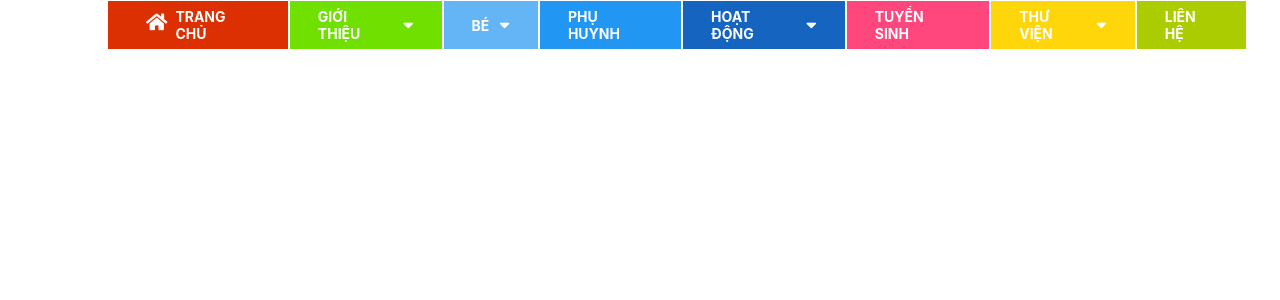
Repository: Luong-tung/mamnonAnhDuong
Page: index3.html
The author's editor kept a copy of each file at every save. The page is drawn from the files as they stood at one save, then again after the next save.
The browser window is 1280 px wide. The pictures show the whole page.
Some web libraries are served in a nearby version.

Above is the page before, as saved 2021-10-08 07:41:48.

### index3.html
<!DOCTYPE html>
<html lang="en">
<head>
    <meta charset="UTF-8">
    <meta http-equiv="X-UA-Compatible" content="IE=edge">
    <meta name="viewport" content="width=device-width, initial-scale=1.0">
    <title>Mầm non Ánh Dương_Trạm trôi</title>
    <link rel="stylesheet" href="iu3.css">
    <link rel="stylesheet" href="https://pro.fontawesome.com/releases/v5.10.0/css/all.css" integrity="sha384-AYmEC3Yw5cVb3ZcuHtOA93w35dYTsvhLPVnYs9eStHfGJvOvKxVfELGroGkvsg+p" crossorigin="anonymous"/>
    <link rel="stylesheet" href="grid.css">
    <link rel="stylesheet" href="responsive.css">
</head>
<body>
    <div class="main">
        <div class="navbar">
            <ul>
                <li class="navbar-home"><a href="#"><i class="fas fa-home"></i>TRANG CHỦ</a></li>
                <li class="navbar-gioithieu"><a href="#">GIỚI THIỆU<i class="fas fa-sort-down"></i></a></li>
                <li class="navbar-child"><a href="#">BÉ<i class="fas fa-sort-down"></i></a></li>
                <li class="navbar-phuhuynh"><a href="#">PHỤ HUYNH</li>
                <li class="navbar-active"><a href="#">HOẠT ĐỘNG<i class="fas fa-sort-down"></i></a></li>
                <li class="navbar-tuyensinh"><a href="#">TUYỂN SINH</li>
                <li class="navbar-thuvien"><a href="#">THƯ VIỆN<i class="fas fa-sort-down"></i></a></li>
                <li class="navbar-lienhe"><a href="#">LIÊN HỆ</li>
            </ul>
        </div>

    </div>















    <script src="./main.js"></script>
</body>
</html>

### iu3.css
* {
    padding: 0;
    margin: 0;
}
.main .navbar{
    margin:0 106px;
    width: 1140px;
    height: 48px;
    display: flex;
    align-items: center;
    border: 1px solid white;
}

.main .navbar ul{
    display: flex;
    justify-content: space-between;

}
.main .navbar ul li{
    display: flex;
    align-items: center;
    list-style: none;
    height: 48px;
    background: cornflowerblue;
    padding: 0 28px;
    border: 1px solid white;
}
.main .navbar ul .navbar-home i{
    font-size: 19px;
    margin-right: 8px;
}

.main .navbar ul li a i{
    color: white;
    margin-left: 10px;
    margin-bottom: 8px;
    font-size: 17px;
}
.main .navbar ul li a{
    display: flex;
    align-items: center;
    text-decoration: none;
    color: white;
    font-family: -apple-system, BlinkMacSystemFont, 'Segoe UI', Roboto, Oxygen, Ubuntu, Cantarell, 'Open Sans', 'Helvetica Neue', sans-serif;
    font-weight: bold;
    font-size: 14px;

}
.main .navbar ul .navbar-home {
    background: #dc2f02;
}
.main .navbar ul .navbar-gioithieu {
    background: #70e000;
}
.main .navbar ul .navbar-child {
    background: #64b5f6;
}
.main .navbar ul .navbar-phuhuynh {
    background: #2196f3;
}
.main .navbar ul .navbar-active {
    background: #1565c0;
}
.main .navbar ul .navbar-tuyensinh {
    background: #ff477e;
}
.main .navbar ul .navbar-thuvien {
    background: #ffd60a;
}
.main .navbar ul .navbar-lienhe {
    background: #aacc00;
}

Loaded but not shown: grid.css (no copy from this time; the picture is the same without it); main.js (no copy from this time; the picture is the same without it); responsive.css (no copy from this time; the picture is the same without it)

After the next save:
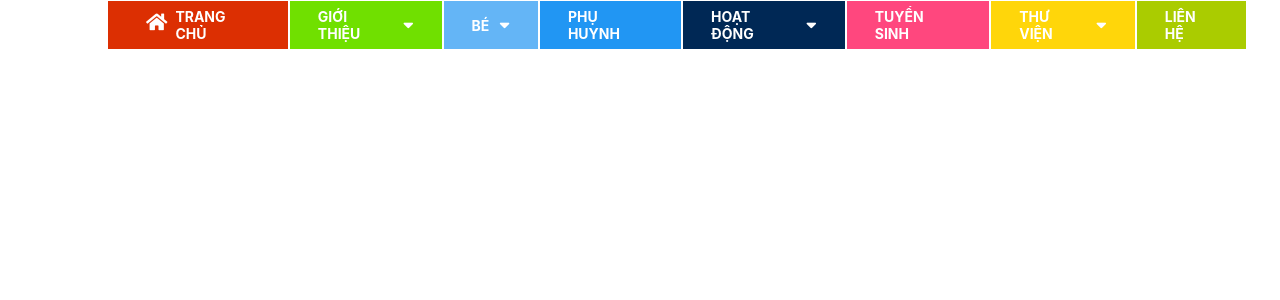
Saved 82 s later.
--- a/iu3.css
+++ b/iu3.css
@@ -59,7 +59,7 @@
     background: #2196f3;
 }
 .main .navbar ul .navbar-active {
-    background: #1565c0;
+    background: #002855;
 }
 .main .navbar ul .navbar-tuyensinh {
     background: #ff477e;
